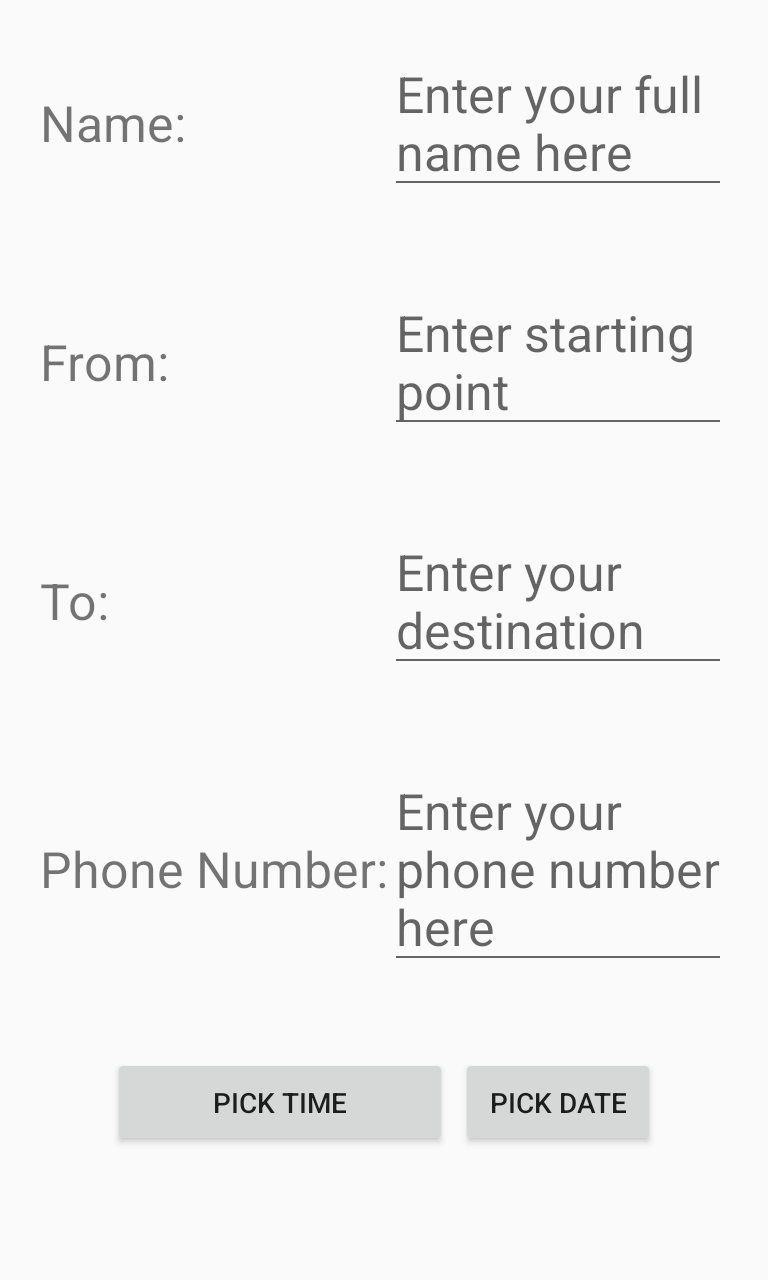
Repository: TewodrosT/LiLY
Layout: TransportationLily/res/layout/activity_main.xml
An editor plug-in stored every save of this project. The layout is shown before and after the next save, followed by the edit.
It is drawn on a 768 x 1280 px phone screen (xhdpi) without system bars, with theme AppTheme; the app's code is not run.

Above is the layout before, as saved 2014-08-06 12:55:56.

### TransportationLily/res/layout/activity_main.xml
<LinearLayout xmlns:android="http://schemas.android.com/apk/res/android"
    xmlns:tools="http://schemas.android.com/tools"
    android:layout_width="match_parent"
    android:layout_height="match_parent"
    android:orientation="vertical"
    tools:context="com.example.transportationlily.MainActivity" >

    <TableLayout
        android:layout_width="match_parent"
        android:layout_height="match_parent" >

        <TableRow
            android:layout_width="wrap_content"
            android:layout_height="wrap_content"
            android:layout_margin="20sp" >

            <TextView
                android:layout_width="wrap_content"
                android:layout_height="wrap_content"
                android:text="@string/senior_name"
                android:textSize="25sp" />

            <EditText
                android:id="@+id/to"
                android:layout_width="0dp"
                android:layout_height="wrap_content"
                android:layout_weight="1"
                android:hint="@string/typein_name"
                android:textSize="25sp" />
        </TableRow>

        <TableRow
            android:layout_width="wrap_content"
            android:layout_height="wrap_content"
            android:layout_margin="20sp" >

            <TextView
                android:layout_width="wrap_content"
                android:layout_height="wrap_content"
                android:text="@string/starting_point"
                android:textSize="25sp" />

            <EditText
                android:id="@+id/from"
                android:layout_width="0dp"
                android:layout_height="wrap_content"
                android:layout_weight="1"
                android:hint="@string/starting_location"
                android:textSize="25sp" />
        </TableRow>

        <TableRow
            android:layout_width="wrap_content"
            android:layout_height="wrap_content"
            android:layout_margin="20sp" >

            <TextView
                android:layout_width="wrap_content"
                android:layout_height="wrap_content"
                android:text="@string/destination_point"
                android:textSize="25sp" />

            <EditText
                android:layout_width="0dp"
                android:layout_height="wrap_content"
                android:layout_weight="1"
                android:hint="@string/ending_location"
                android:textSize="25sp" />
        </TableRow>

        <TableRow
            android:layout_width="wrap_content"
            android:layout_height="wrap_content"
            android:layout_margin="20sp" >

            <TextView
                android:layout_width="wrap_content"
                android:layout_height="wrap_content"
                android:text="@string/contact_info"
                android:textSize="25sp" />

            <EditText
                android:layout_width="0dp"
                android:layout_height="wrap_content"
                android:layout_weight="1"
                android:hint="@string/phone_number"
                android:textSize="25sp" />
        </TableRow>

        <TableRow
            android:layout_width="match_parent"
            android:layout_height="match_parent"
            android:layout_margin="20sp"
            android:gravity="center_horizontal" >

            <Button
                android:layout_width="match_parent"
                android:layout_height="match_parent"
                android:onClick="showTimePickerDialog"
                android:text="@string/pick_time"
                android:layout_marginRight="5sp"
                android:buttonSize = "20sp" />

            <Button
                android:layout_width="match_parent"
                android:layout_height="wrap_content"
                android:onClick="showDatePickerDialog"
                android:text="@string/pick_date"
                android:buttonSize = "20sp" />
        </TableRow>

        <TableRow
            android:layout_width="wrap_content"
            android:layout_height="wrap_content"
            android:layout_margin="20sp"
            android:gravity="center_horizontal" >

            <Button
                android:layout_width="wrap_content"
                android:layout_height="wrap_content"
                android:onClick="sendMessage"
                android:text="@string/button_askride" />

            <Button
                android:layout_width="wrap_content"
                android:layout_height="wrap_content"
                android:onClick="sendMessage"
                android:text="@string/button_offerride" />
        </TableRow>
    </TableLayout>

</LinearLayout>

### TransportationLily/res/values/strings.xml
<?xml version="1.0" encoding="utf-8"?>
<resources>

    <string name="app_name">TransportationLily</string>
    <string name="hello_world">Hello world!</string>
    <string name="action_settings">Settings</string>
    <string name= "starting_point">From: </string>
    <string name="starting_location">Enter starting point</string>
    <string name= "destination_point">To: </string>
    <string name="ending_location">Enter your destination</string>
    <string name= "senior_name"> Name: </string>
    <string name= "typein_name"> Enter your full name here</string>
    <string name= "contact_info"> Phone Number: </string>
    <string name= "phone_number"> Enter your phone number here</string>
    <string name = "button_askride"> Ask for ride</string>
    <string name = "button_offerride"> Offer ride</string>
    <string name = "pick_time"> Pick time </string>
    <string name = "pick_date"> Pick date </string>
</resources>

Loaded but not shown: TransportationLily/res/values/styles.xml (common file); TransportationLily/res/values-v11/styles.xml (common file); TransportationLily/res/values-v14/styles.xml (common file)

After the next save:
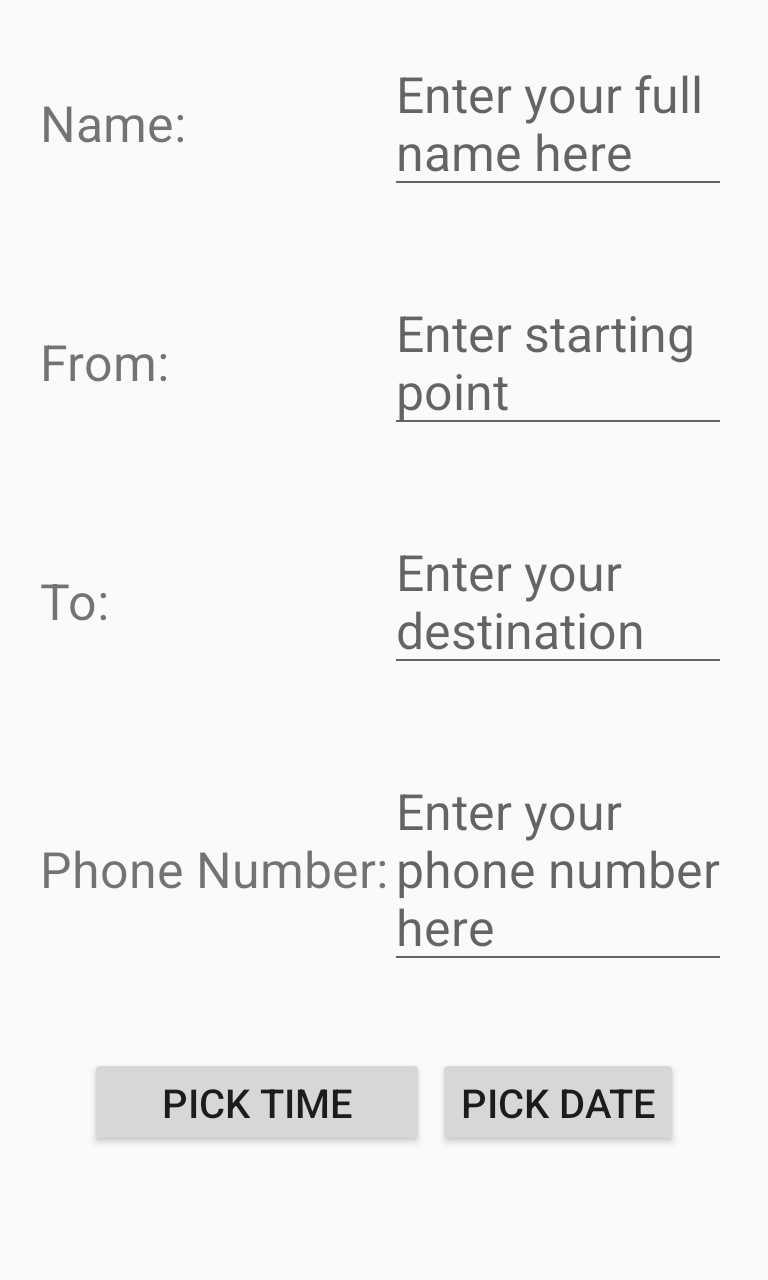
Saved 71 s later.
--- a/TransportationLily/res/layout/activity_main.xml
+++ b/TransportationLily/res/layout/activity_main.xml
@@ -99,14 +99,14 @@
                 android:onClick="showTimePickerDialog"
                 android:text="@string/pick_time"
                 android:layout_marginRight="5sp"
-                android:buttonSize = "20sp" />
+                android:textSize = "20sp" />
 
             <Button
                 android:layout_width="match_parent"
                 android:layout_height="wrap_content"
                 android:onClick="showDatePickerDialog"
                 android:text="@string/pick_date"
-                android:buttonSize = "20sp" />
+                android:textSize = "20sp" />
         </TableRow>
 
         <TableRow
